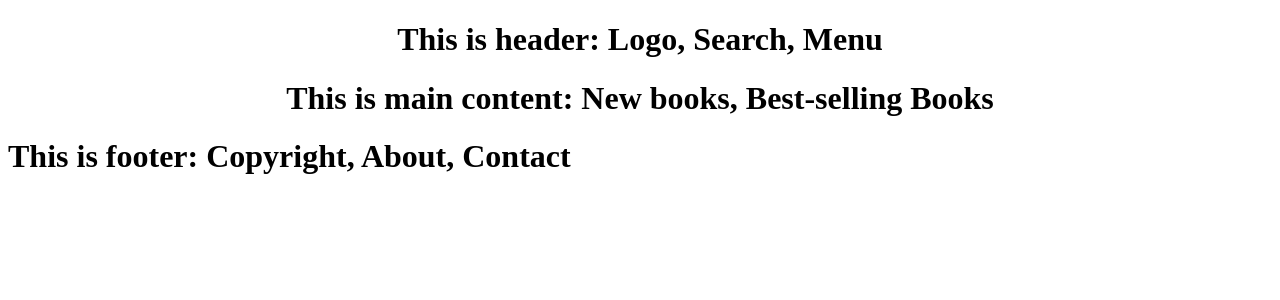
Repository: janvi2502/BookStore
Page: http://localhost/BookStoreWebsite/
An editor plug-in stored every save of this project. The page is shown before and after the next save, followed by the edit.
The browser window is 1280 px wide. The pictures show the whole page.
The page is served by Tomcat 10.

Above is the page before, as saved 2023-10-18 13:19:56.

After the next save:
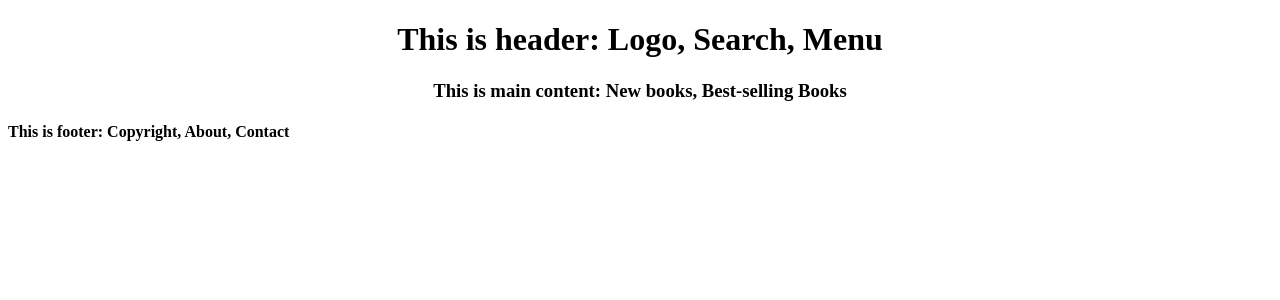
Saved 11 s later.
--- a/BookStoreWebsite/WebContent/frontend/index.jsp
+++ b/BookStoreWebsite/WebContent/frontend/index.jsp
@@ -12,11 +12,11 @@
 	</div>
 
 	<div align="center">
-		<h1>This is main content: New books, Best-selling Books</h1>
+		<h3>This is main content: New books, Best-selling Books</h1>
 	</div>
 
 	<div>
-		<h1>This is footer: Copyright, About, Contact</h1>
+		<h4>This is footer: Copyright, About, Contact</h1>
 	</div>
 </body>
 </html>
